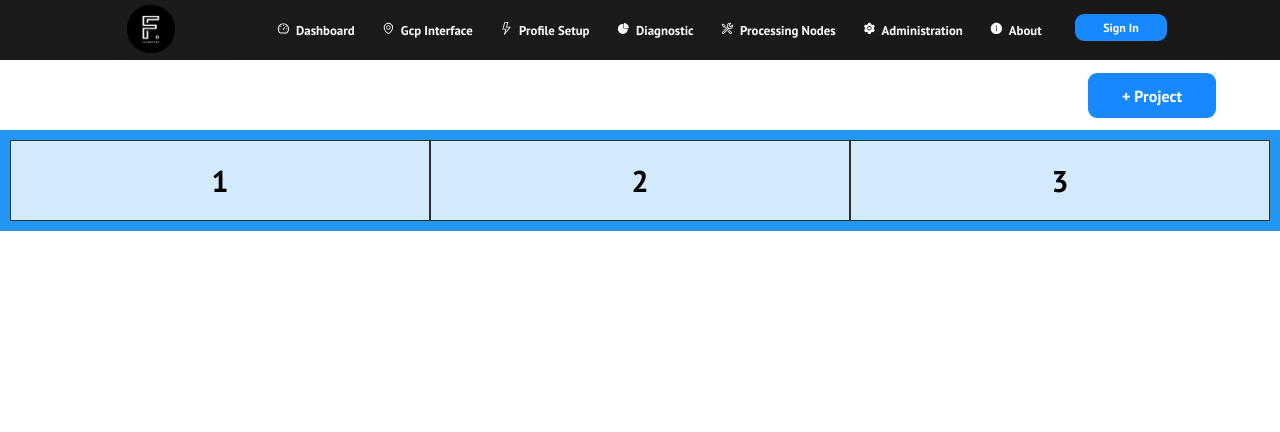
Repository: Akshaykumar1111/akki
Page: /Dashboard
The author's editor kept a copy of each file at every save. The page is drawn from the files as they stood at one save, then again after the next save.
The browser window is 1280 px wide. The pictures show the whole page.
Some web libraries are served in a nearby version. The project was rebuilt for these pictures with package versions that can differ from the ones it lists, and the page was loaded fresh each time. Also part of the build but not shown: src/components/pages/Administration.css, src/components/pages/Administration.js, src/components/pages/Diagnostic.js, src/components/pages/ProfileSetup.js, src/components/pages/GcpInterface.js, src/components/pages/ProcessingNodes.js, src/components/pages/About.js, src/components/pages/Popup.css and 7 more.

Above is the page before, as saved 2022-10-20 11:18:56.

After the next save:
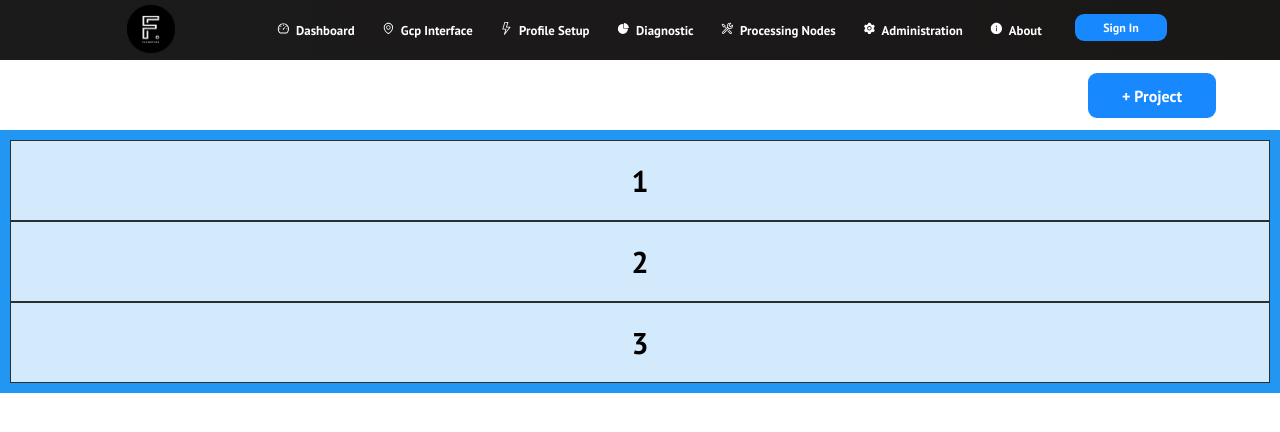
Saved 46 s later.
--- a/src/components/pages/Dashboard.css
+++ b/src/components/pages/Dashboard.css
@@ -1,6 +1,6 @@
 .grid-container {
     display: grid;
-    grid-template-columns: auto auto auto;
+    grid-template-rows: auto auto auto;
     background-color: #2196F3;
     padding: 10px;
   }
